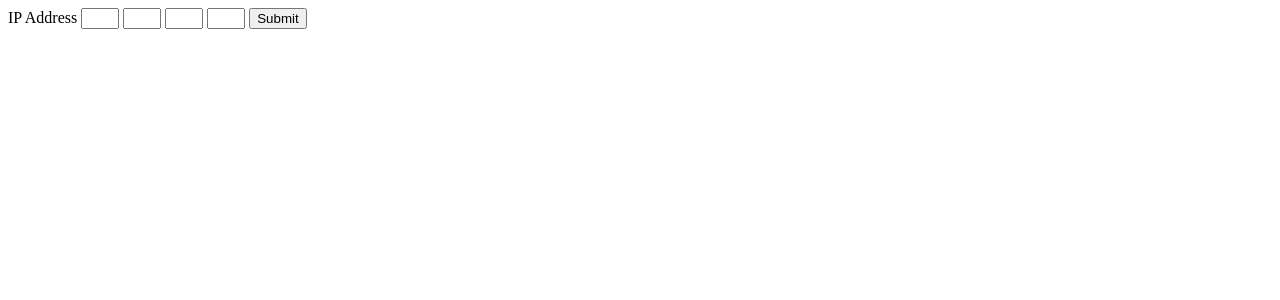
Repository: Padminivittal/Padmini-MWB
Page: MWB Day1/WebContent/Lab3_Jq1.html
These files come from the project's save history. The page is drawn as it stood at one moment and after the next save; the edit follows.
The browser window is 1280 px wide. The pictures show the whole page.

Above is the page before, as saved 2012-07-20 09:48:40.

### MWB Day1/WebContent/Lab3_Jq1.html
<!DOCTYPE HTML>
<html>
<script src="js/jquery-1.7.2.js"></script>
<script>
$().ready(function(){
	$("input:text").each(function(){
		$(this).on("keyup",function()
		{
			if($(this).val().length==3)
			$(this).next("input:text").focus();
		});
	});
	$("input:text").attr("maxlength","3");
	$("input:text").css("width","30");
	$("#btnClick").on("click",function(){
		$("input:text").attr("disabled","disabled");
	});
});

</script>
<style>
input:focus
{
background:lightblue;
}
</style>
<head>
</head>
<body>
<label for="txt1">IP Address</label>
<input type="text" class="ipaddress" id="txt1"/>
<input type="text" id="txt2" class="ipaddress" />
<input type="text" id="txt3" class="ipaddress" />
<input type="text" id="txt4" class="ipaddress" />
<input type="button" value="Submit" id="btnClick"/>
</body>
</html>

Loaded but not shown: MWB Day1/WebContent/js/jquery-1.7.2.js (library)

After the next save:
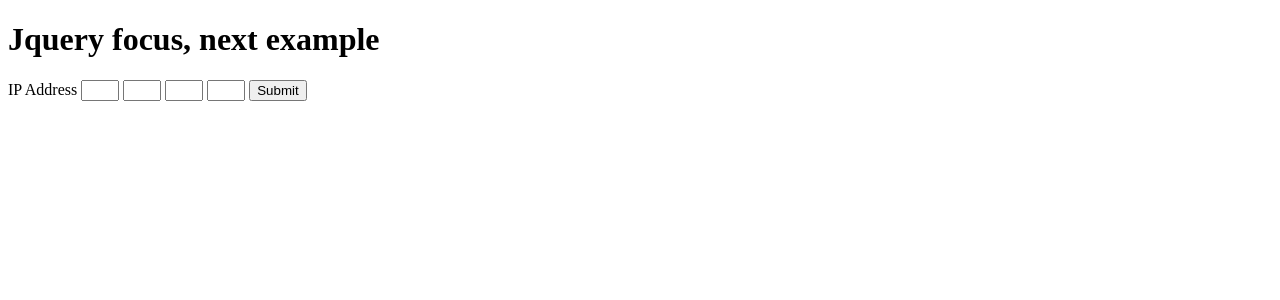
Saved 103 s later.
--- a/MWB Day1/WebContent/Lab3_Jq1.html
+++ b/MWB Day1/WebContent/Lab3_Jq1.html
@@ -1,5 +1,8 @@
 <!DOCTYPE HTML>
 <html>
+<title>
+Day 1 -Lab 3
+</title>
 <script src="js/jquery-1.7.2.js"></script>
 <script>
 $().ready(function(){
@@ -26,6 +29,7 @@ background:lightblue;
 </style>
 <head>
 </head>
+<h1>Jquery focus, next example</h1>
 <body>
 <label for="txt1">IP Address</label>
 <input type="text" class="ipaddress" id="txt1"/>
